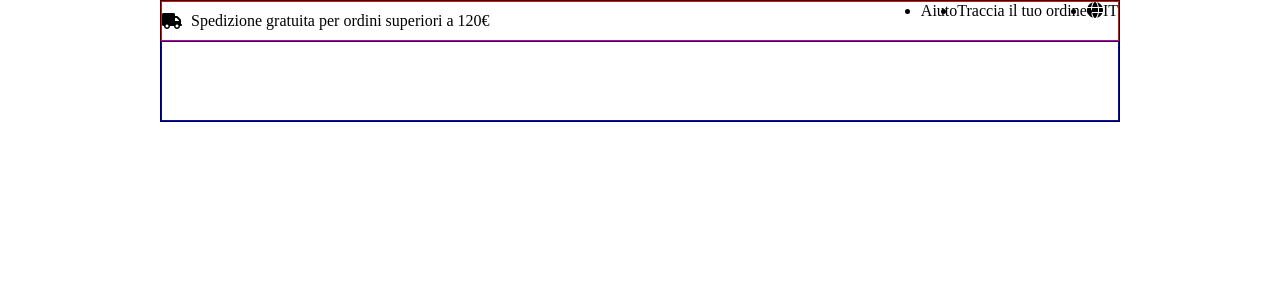
Repository: jacoporm1989/studioFlexbox
Page: FLEXBOX/Header+Navbar1/index.html
The author's editor kept a copy of each file at every save. The page is drawn from the files as they stood at one save, then again after the next save.
The browser window is 1280 px wide. The pictures show the whole page.

Above is the page before, as saved 2026-06-08 12:59:43.

### FLEXBOX/Header+Navbar1/index.html
<!DOCTYPE html>
<html lang="en">

<head>
    <meta charset="UTF-8">
    <meta name="viewport" content="width=device-width, initial-scale=1.0">

     <link rel="stylesheet"
          href="https://cdnjs.cloudflare.com/ajax/libs/font-awesome/6.5.2/css/all.min.css">
    <link rel="stylesheet" href="index.css">
    <title>Primo header</title>
</head>

<body>


    <div class="container">


        <header>

            <div class="up">

                <div class="spedizione">

                     <i class="fa-solid fa-truck"></i>
                     <p>Spedizione gratuita per ordini superiori a 120€</p>

                </div>

                <div class="right-bar">
                    <ul>
                        <li>Aiuto</li>
                        <li>Traccia il tuo ordine</li>
                        <li><i class="fa-solid fa-globe"></i></li>
                        <li>IT</li>
                    </ul>


                </div>

            </div>


            <nav>



            </nav>
        </header>



    </div>
</body>

</html>

### FLEXBOX/Header+Navbar1/index.css
* {
    box-sizing: border-box;
    margin: 0;
}



.container {

    border: 1px solid black;
    width: 75%;
    margin: auto;

}



.up {
    width: 100%;
    border: 1px solid red;
    height: 40px;
    display:flex;
    flex-direction:row;
    justify-content:space-between;


}


.spedizione{
    display:flex;
    flex-direction:row;
    justify-content:center;
    align-items: center;
    gap:9px;
}


.right-bar ul{
    display:flex;
    flex-direction:row;
    justify-content:center;
    align-items: center;
}

nav {
    width: 100%;
    border: 1px solid blue;
    height: 80px;
    display:flex;
}

After the next save:
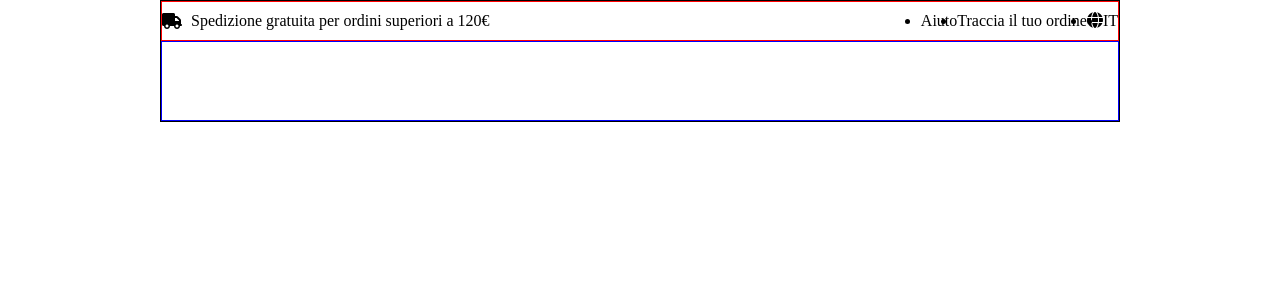
Saved 16 s later.
--- a/FLEXBOX/Header+Navbar1/index.css
+++ b/FLEXBOX/Header+Navbar1/index.css
@@ -35,6 +35,12 @@
     gap:9px;
 }
 
+.right-bar{
+        display:flex;
+    flex-direction:row;
+    justify-content:center;
+    align-items: center;
+}
 
 .right-bar ul{
     display:flex;
